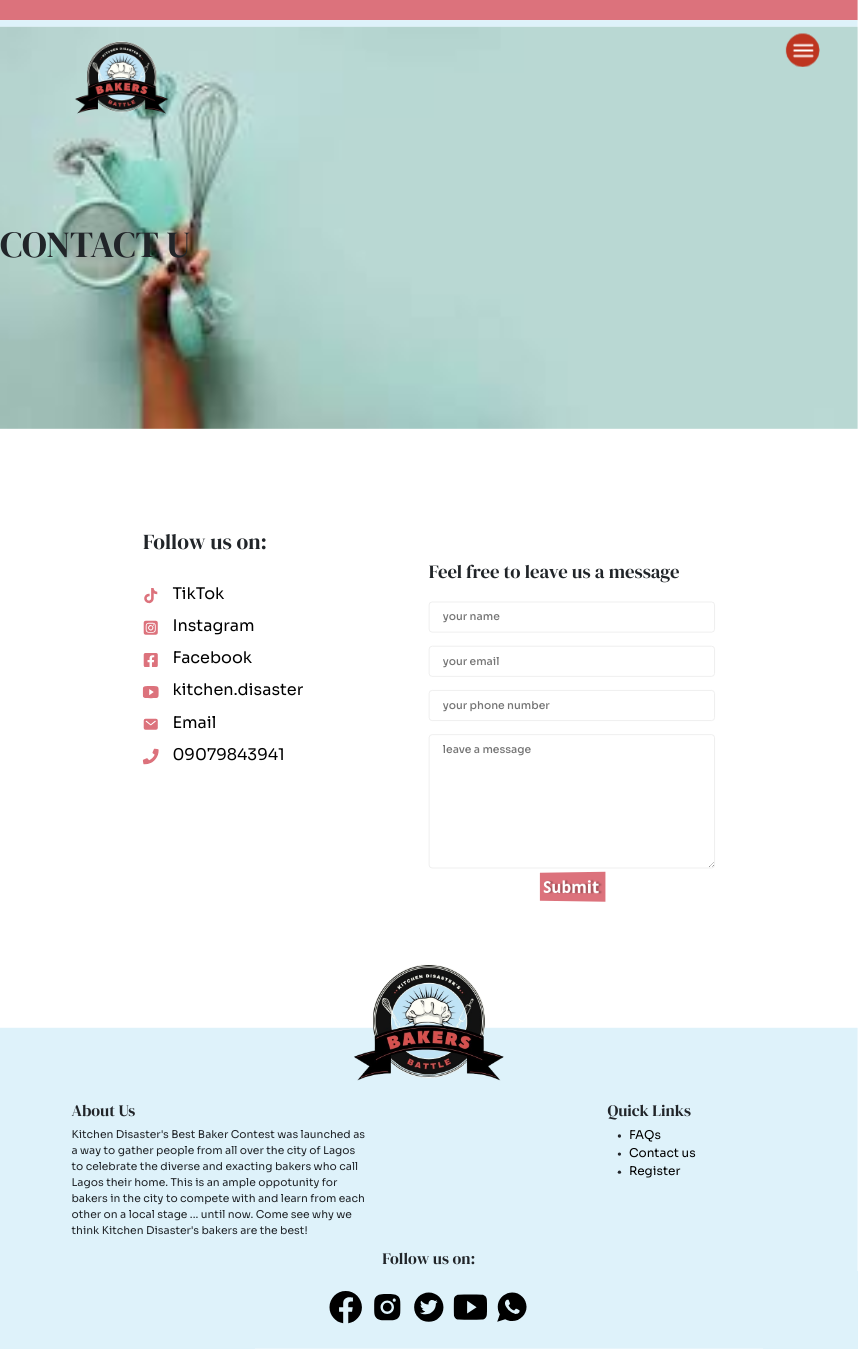
Repository: sarahnnanyelugo/bakers-battle
Page: /contact
The author's editor kept a copy of each file at every save. The page is drawn from the files as they stood at one save, then again after the next save.
The browser window is 1280 px wide. The pictures show the whole page, at 67% of full size.
The project was rebuilt for these pictures with package versions that can differ from the ones it lists, and the page was loaded fresh each time. Also part of the build but not shown: src/components/ScreenSlide/slide.scss, src/components/ScreenSlide/ScreenSlide.js, src/pages/Home/home.scss, src/pages/Home/Home.js, src/components/Title.js, src/components/FAQAccord/faq-accord.scss, src/components/FAQAccord/FAQAccord.js, src/pages/FAQ/faq.scss and 9 more.

Above is the page before, as saved 2024-07-17 08:31:09.

After the next save:
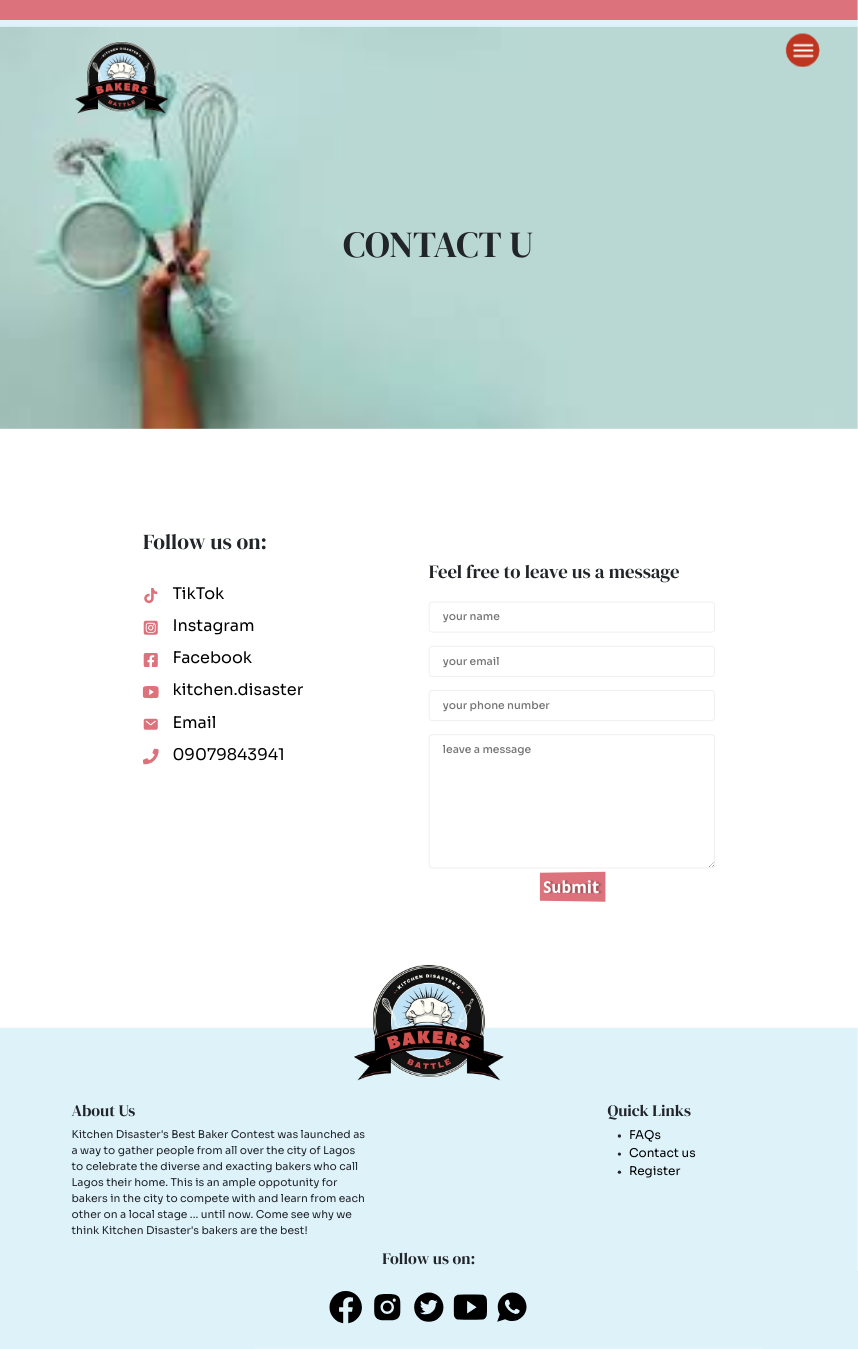
Saved 20 s later.
--- a/src/pages/ContactPage/contact.scss
+++ b/src/pages/ContactPage/contact.scss
@@ -48,6 +48,7 @@
     height: 50%;
     font-size: 55px;
     width: 100%;
+    padding-left: 40%;
   }
 
   h1:after {
